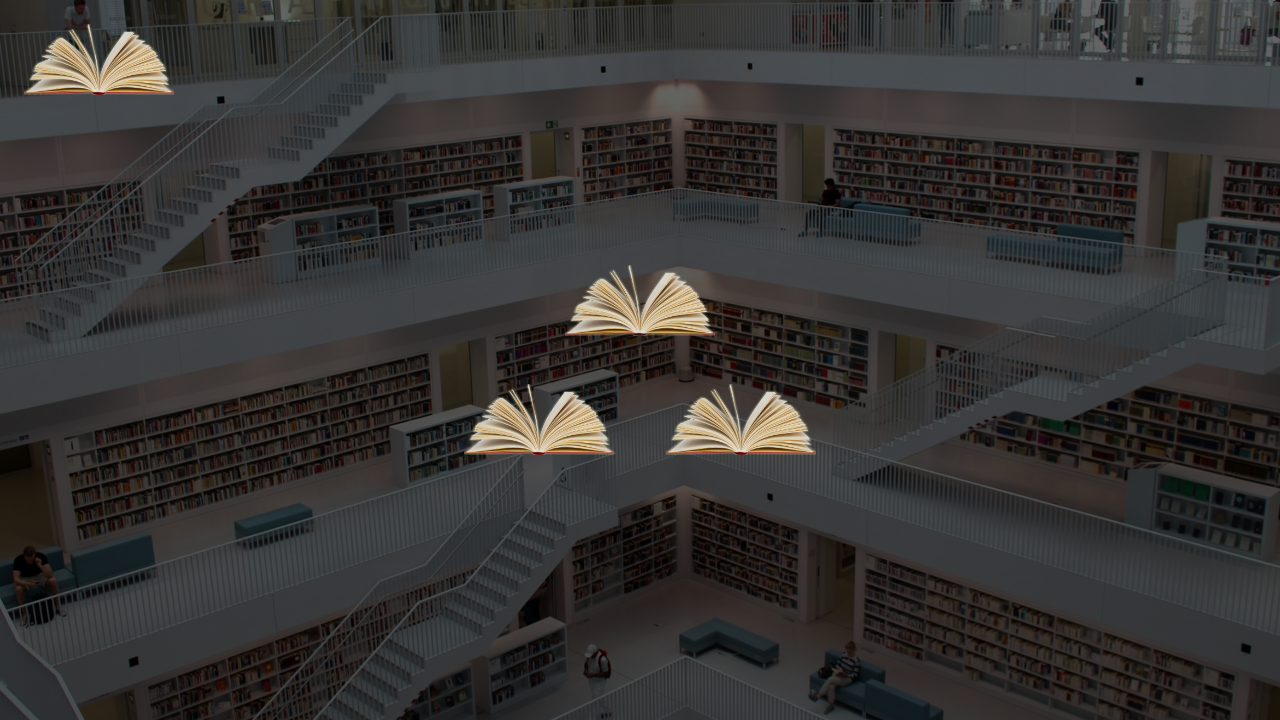
Repository: imedakrouti/BookStore
Page: index.html
These files come from the project's save history. The page is drawn as it stood at one moment and after the next save; the edit follows.
The browser window is 1280 px wide. The pictures show the whole page.
Some web libraries are served in a nearby version.

Above is the page before, as saved 2020-05-05 17:23:09.

After the next save:
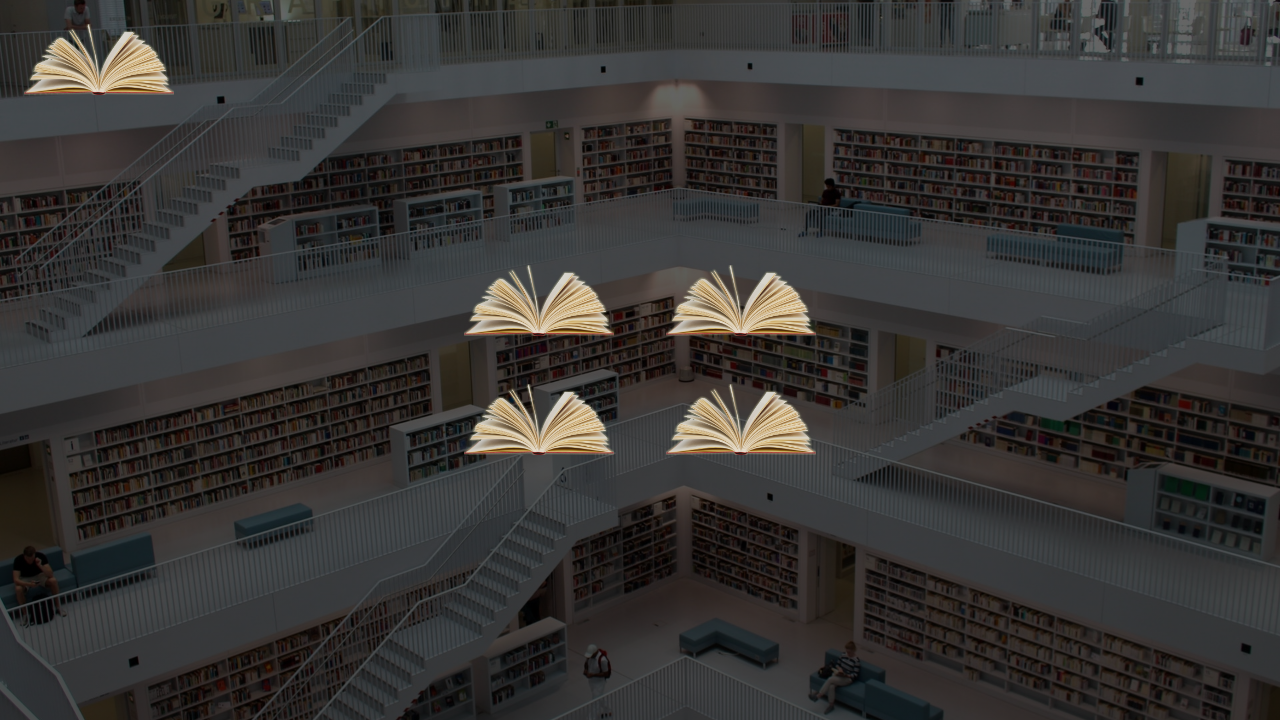
Saved 34 s later.
--- a/index.html
+++ b/index.html
@@ -23,8 +23,12 @@
 
         <!-- Hero -->
         <div class="hero">
-            <a href=""><img src="images/img/book.png"width="150px" class="img-fluid m-4" alt=""></a>
 
+             <div class="a">
+                <a href=""><img src="images/img/book.png"width="150px" class="img-fluid m-4" alt=""></a>
+                <a href=""><img src="images/img/book.png"width="150px" class="img-fluid m-4" alt=""></a>
+
+             </div>
              <div class="a">
                 <a href=""><img src="images/img/book.png"width="150px" class="img-fluid m-4" alt=""></a>
                 <a href=""><img src="images/img/book.png"width="150px" class="img-fluid m-4" alt=""></a>
